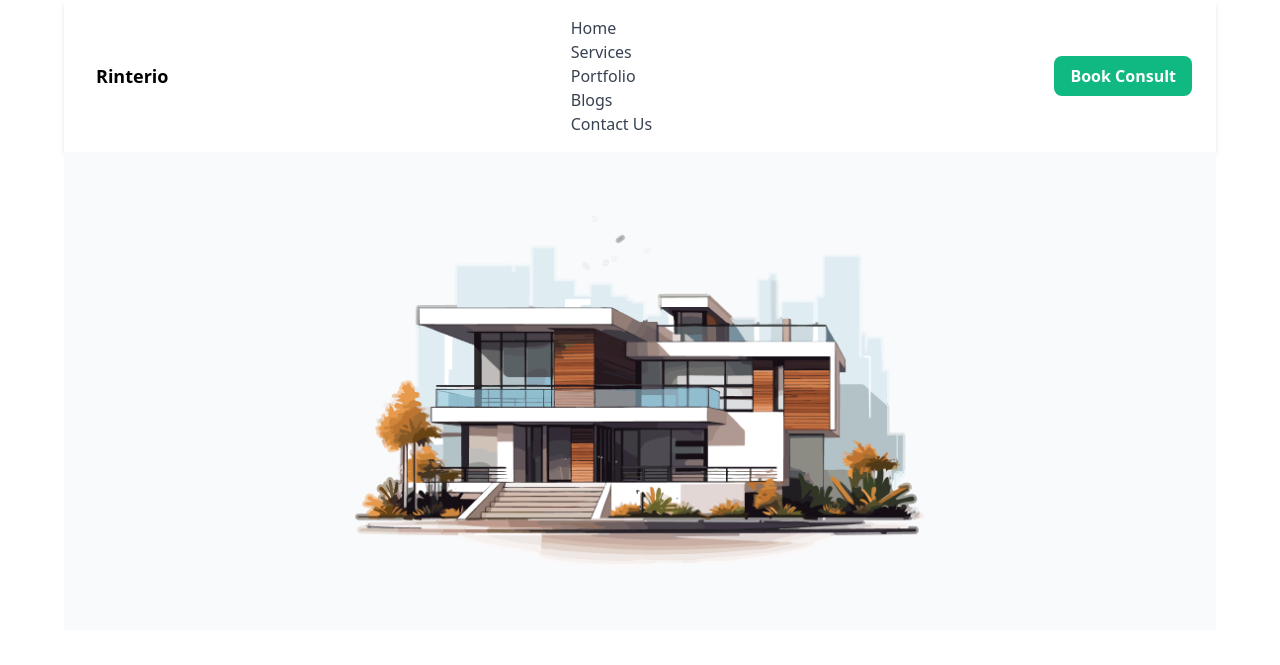
Repository: Aminul-Islam85/Assignment-3
Page: index.html
The author's editor kept a copy of each file at every save. The page is drawn from the files as they stood at one save, then again after the next save.
The browser window is 1280 px wide. The pictures show the whole page.

Above is the page before, as saved 2024-10-31 13:43:02.

After the next save:
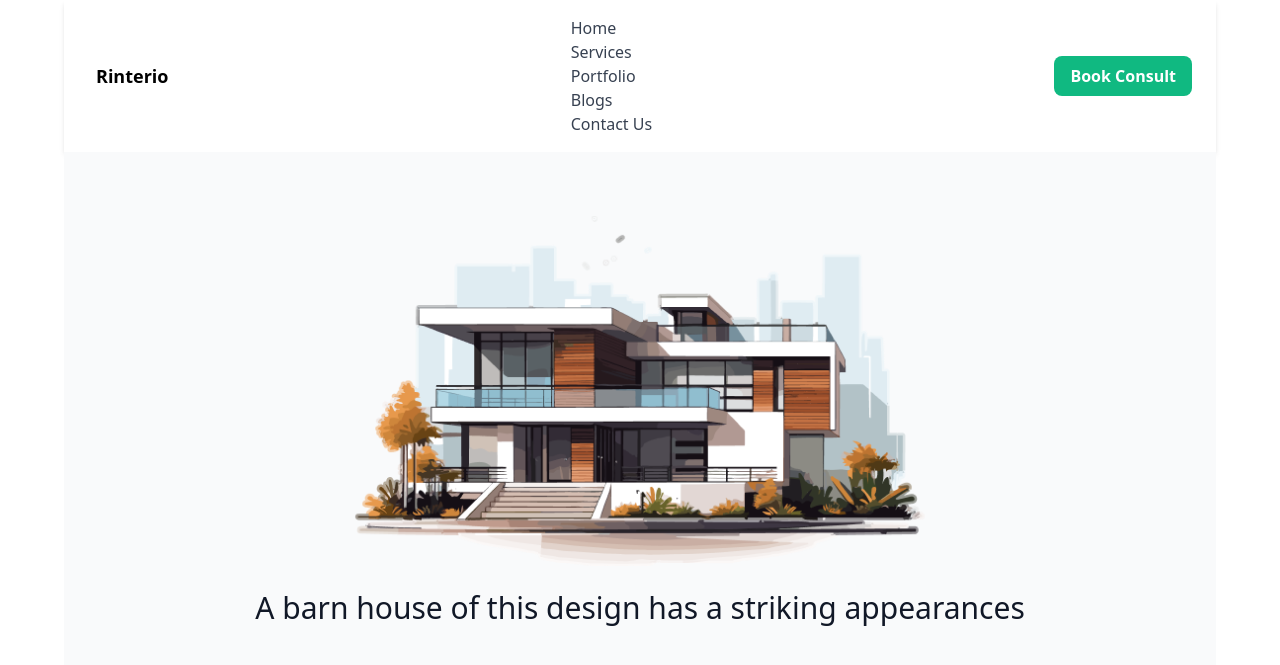
Saved 2 min 34 s later.
--- a/index.html
+++ b/index.html
@@ -25,7 +25,7 @@
 
         <section class="flex flex-col items-center justify-center text-center py-16 bg-gray-50">
             <img src="assets/banner.png" alt="Banner class="w-4/5 max-w-2xl rounded-lg shadow-lg">
-
+            <h1 class="mt-6 text-3xl font-extra-bold text-gray-900">A barn house of this design has a striking appearances</h1>
         </section>
 
     </div>
